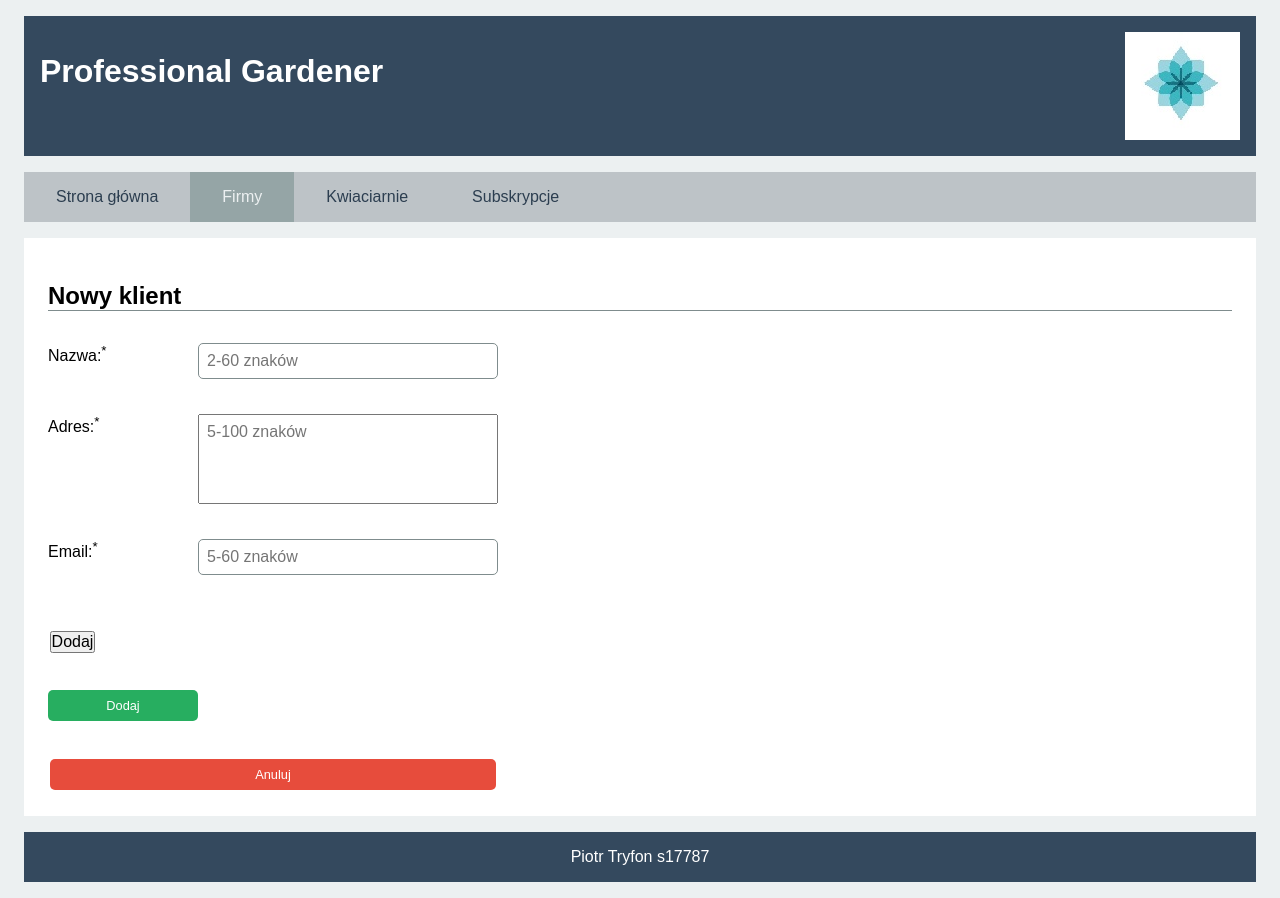
Repository: s17787/TIN
Page: tin_zaoczne_12_s17787_html-css/pages/client-form.html
These files come from the project's save history. The page is drawn as it stood at one moment and after the next save; the edit follows.
The browser window is 1280 px wide. The pictures show the whole page.

Above is the page before, as saved 2021-01-06 13:50:23.

### tin_zaoczne_12_s17787_html-css/pages/client-form.html
<!DOCTYPE html>
<html lang="pl-PL">
<head>
    <meta charset="UTF-8">
    <meta name="viewport" content="width=device-width, initial-scale=1.0">
    <title>Professional Gardener</title>
    <link rel="stylesheet" href="../css/style.css" type="text/css"/>
    <script type="application/javascript" src="../js/validationCommon.js"></script>
    <script type="application/javascript" src="../js/validationEmpForm.js"></script>
</head>
<body>
    <header>
        <h1>Professional Gardener</h1>
        <img src="../images/logo.jpg" alt="Professional Gardener">
    </header>
    <nav>
        <ul>
            <li><a href="../index.html" >Strona główna</a></li>
            <li><a href="client-list.html" class="active">Firmy</a></li>
            <li><a href="florist-list.html" >Kwiaciarnie</a></li>
            <li><a href="subscription-list.html" >Subskrypcje</a></li>
        </ul>
    </nav>
    <main>
        <h2>Nowy klient</h2>
        <form class="form" novalidate onsubmit="return validateForm()">
            <!--<div class="form-group">-->
                <label for="Name">Nazwa:<sup>*</sup></label>
                <input type="text" name="Name" id="Name" placeholder="2-60 znaków"/>
                <span id="errorName" class="errors-text"></span>
            <!--</div>-->
            <!--<div class="form-group">-->
                <label for="Adres">Adres:<sup>*</sup></label>
                <textarea type="text" name="Adres" id="Adres" rows="4" cols="10" style="resize: none;" placeholder="5-100 znaków"></textarea>
                <span id="errorAdres" class="errors-text"></span>
            <!--</div>-->
            <!--<div class="form-group">-->
                <label for="email">Email:<sup>*</sup></label>
                <input type="email" name="email" id="email" placeholder="5-60 znaków"/>
                <span id="errorEmail" class="errors-text"></span>
            <!--</div>-->
            <!--<div class="form-buttons">-->
                <p id="errorsSummary" class="errors-text"></p>
                <p><input type="submit" value="Dodaj" /></p>
                <p></p><a href="client-list.html" class="form-button-submit" >Dodaj</a></p>
                <p><a href="client-list.html" class="form-button-cancel" >Anuluj</a></p>
            <!--</div>  -->
        </form>
    </main>
    <footer>
        Piotr Tryfon s17787
    </footer>
</body>
</html>

### tin_zaoczne_12_s17787_html-css/css/style.css
html {
    background-color: #ecf0f1;
    font-family: sans-serif;
}

body {
    min-width: 360px;
  }

header,
main,
footer {
    background-color: white;
}

header,
main,
footer,
nav {
    margin: 1rem;
}

header,
footer {
    background-color: #34495e;
    color: white;
    padding: 1rem;
}

header {
    display: flex;
    justify-content: space-between;
}

nav {
    background-color: #bdc3c7;
}

nav ul {
    display: flex;
    padding: 0;
    list-style-type: none;
}

nav ul li a {
    display: inline-block;
    color: #2c3e50;
    padding: 1rem 2rem;
    text-decoration: none;
}

nav ul li a:hover {
    background-color: #d35400;
    color: #ecf0f1;
}

nav ul li a.active {
    background-color: #95a5a6;
    color: #ecf0f1;
}

main {
    padding: 1.5rem;
}

footer {
    text-align: center;
}

main h2 {
    border-bottom: 1px solid #7f8c8d;
    margin-bottom: 2rem;
}

.table-list {
    border-collapse: collapse;
    color:#2c3e50;
    width: 100%;
}

.table-list,
.table-list th,
.table-list td {
    border: 1px solid #bdc3c7;
}

.table-list th,
.table-list td {
    padding: 0.5rem;
}

.table-list th,
.table-list tbody tr:nth-child(even) {
    background-color: #ecf0f1;
}

.list-actions {
    margin: 0;
    text-align: center;
    list-style-type: none;
    padding: 0;
}

.list-actions li {
    display: inline-block;
    margin: 0.2em;
}

.list-actions-button-details,
.list-actions-button-edit,
.list-actions-button-delete {
    display: inline-block;
    width: 75px;
    padding: 0.25rem 0.5rem;
}

.list-actions-button-details,
.list-actions-button-edit,
.list-actions-button-delete,
.button-add,
.form-button-submit,
.form-button-cancel {
    border: none;
    border-radius: 5px;
    color: white;
    text-decoration: none;
    text-align: center;
    font-size: 0.8rem;
}

.list-actions-button-details,
.list-actions-button-edit {
    margin-right: 1rem;
}

.list-actions-button-details {
    background-color: #2980b9;
}
.list-actions-button-details:hover {
    background-color: #3498db;
}

.list-actions-button-edit {
    background-color: #f39c12;
}

.list-actions-button-edit:hover {
    background-color: #f1c40f;
}

.form-button-cancel,
.list-actions-button-delete {
    background-color: #c0392b;
}

.form-button-cancel,
.list-actions-button-delete:hover {
    background-color: #e74c3c;
}

.button-add,
.form-button-submit,
.form-button-cancel {
    padding: 0.5rem 1rem;
}

.button-add,
.form-button-submit {
    background-color: #27ae60;
}

.button-add:hover,
.form-button-submit:hover {
    background-color: #2ecc71;
}

button,
input,
select,
textarea {
    font-family: inherit;
    font-size: 100%;
    box-sizing: border-box;
    padding: 0; margin: 0;
}

textarea {
    overflow: auto;
}

.form {
    display: grid;
    grid-template-columns: 150px 300px;
    row-gap: 1rem;
}

.form select,
.form input[type="text"],
.form input[type="number"],
.form input[type="date"],
.form input[type="email"] {
    border: 1px solid #7f8c8d;
    color:#2c3e50;
    border-radius: 5px;
    padding: 0.5rem;
    width: 100%;
}

.form label {
    display: block;
    margin-bottom: 0.5em;
}

.form-group {
    margin-bottom: 1rem;
}

abbr[title='required'] {
    color: #c0392b;
}

.form p {
    grid-column-start: 1;
    grid-column-end: -1;
    margin: 0.1em;
}

.form textarea{
    padding: 0.5rem;
}

.form span {
    grid-column-start: -2;
    grid-column-end: -1;
    margin: 0.1em;
}

.form-button-submit,
.form-button-cancel {
    width: 100%;
}

.form-button-submit,
.form-button-cancel {
    box-sizing: border-box;
    display: block;
}

.form-button-submit {
    margin-bottom: 0.1rem;
}

@media all and (max-width:720px) {
    header {
        flex-direction: column;
    }

    header h1 {
        text-align: center;
    }

    header img {
        align-self: center;
    }
}

@media all and (max-width: 400px) {
    body,
    nav,
    nav ul,
    header,
    main,
    footer {
        margin: 0;
    }
}

@media all and (max-width:720px) {
    nav ul {
        flex-wrap: wrap;
    }

    nav ul li {
        flex-basis: 50%;
        text-align: center;
    }

    nav ul li a {
        display: block;
    }
}

@media all and (max-width: 400px) {
    nav ul li {
        flex-basis: 100%;
    }
}

@media all and (max-width: 720px) {
    .form {
        grid-template-columns: 1fr;
        row-gap:unset;
        margin-left: unset;
        row-gap: 0.3rem;
    }

    .form input[type="text"],
    .form input[type="number"],
    .form input[type="date"],
    .form select {
        margin-bottom: 1rem;
    }
}

### tin_zaoczne_12_s17787_html-css/js/validationCommon.js
function resetErrors(inputs, errorTexts, errorInfo) {
    for (let i = 0; i < inputs.length; i++) {
        inputs[i].classList.remove("error-input");
    }
    for (let i = 0; i < errorTexts.length; i++) {
        errorTexts[i].innerText = "";
    }
    errorInfo.innerText = "";
}

function checkRequired(value) {
    if (!value) {
        return false;
    }
    value = value.toString().trim();
    if (value === "") {
        return false;
    }
    return true;
}

function checkTextLengthRange(value, min, max) {
    if (!value) {
        return false;
    }
    value = value.toString().trim();
    const length = value.length;
    if (max && length > max) {
        return false;
    }
    if (min && length < min) {
        return false;
    }
    return true;
}

function checkEmail(value) {
    if (!value) {
        return false;
    }
    value = value.toString().trim();
    const re = /^(([^<>()\[\]\.,;:\s@\"]+(\.[^<>()\[\]\.,;:\s@\"]+)*)|(\".+\"))@(([^<>()[\]\.,;:\s@\"]+\.)+[^<>()[\]\.,;:\s@\"]{2,})$/i;
    return re.test(value);
}

function checkNumber(value) {
    if (!value) {
        return false;
    }
    if (isNaN(value)) {
        return false;
    }
    return true;
}

function checkNumberRange(value, min, max) {
    if (!value) {
        return false;
    }
    if (isNaN(value)) {
        return false;
    }
    value = parseFloat(value);
    if (value < min) {
        return false;
    }
    if (value > max) {
        return false;
    }
    return true;
}

function checkDate(value) {
    if (!value) {
        return false;
    }
    const pattern = /(\d{4})-(\d{2})-(\d{2})/;
    return pattern.test(value);
}

function checkDateIfAfter(value, compareTo) {
    if (!value) {
        return false;
    }
    if (!compareTo) {
        return false;
    }
    const pattern = /(\d{4})-(\d{2})-(\d{2})/;
    if (!pattern.test(value)) {
        return false;
    }
    if (!pattern.test(compareTo)) {
        return false;
    }
    const valueDate = new Date(value);
    const compareToDate = new Date(compareTo);
    if (valueDate.getTime() < compareToDate.getTime()) {
        return false;
    }
    return true;
}

### tin_zaoczne_12_s17787_html-css/js/validationEmpForm.js
function validateForm() {
    const nameInput = document.getElementById('Name');
    const adresInput = document.getElementById('Adres');
    const emailInput = document.getElementById('email');
    console.log('addend2:');
    const errorName = document.getElementById('errorName');
    const errorAdres = document.getElementById('errorAdres');
    const errorEmail = document.getElementById('errorEmail');
    const errorsSummary = document.getElementById('errorsSummary');

    let valid = true;

    resetErrors([nameInput, adresInput, emailInput], [errorName, errorAdres, errorEmail], errorsSummary);

    if (!checkRequired(nameInput.value)) {
        valid = false;
        nameInput.classList.add("error-input");
        errorName.innerText = "Pole jest wymagane";
    } else if (!checkTextLengthRange(nameInput.value, 2, 60)) {
        valid = false;
        nameInput.classList.add("error-input");
        errorName.innerText = "Pole powinno zawierać od 2 do 60 znaków";
    }

    if (!checkRequired(adresInput.value)) {
        valid = false;
        adresInput.classList.add("error-input");
        errorAdres.innerText = "Pole jest wymagane";
    } else if (!checkTextLengthRange(adresInput.value, 5, 100)) {
        valid = false;
        adresInput.classList.add("error-input");
        errorAdres.innerText = "Pole powinno zawierać od 5 do 100 znaków";
    }

    if (!checkRequired(emailInput.value)) {
        valid = false;
        emailInput.classList.add("error-input");
        errorEmail.innerText = "Pole jest wymagane";
    } else if (!checkTextLengthRange(emailInput.value, 5, 60)) {
        valid = false;
        emailInput.classList.add("error-input");
        errorEmail.innerText = "Pole powinno zawierać od 5 do 60 znaków";
    } else if (!checkEmail(emailInput.value)) {
        valid = false;
        emailInput.classList.add("error-input");
        errorEmail.innerText = "Pole powinno zawierać prawidłowy adres email";
    }

    function resetErrors(inputs, errorTexts, errorInfo) {
        for(let i=0; i<inputs.length; i++) {
            inputs[i].classList.remove("error_input");
        }
        for(let i=0; i<errorTexts.length; i++) {
            errorTexts[i].innerText = "";
        }
        errorInfo.innerText = "";
    }

    if (!valid) {
        errorsSummary.innerText = "Formularz zawiera błędy";
    }

    return valid;
}

After the next save:
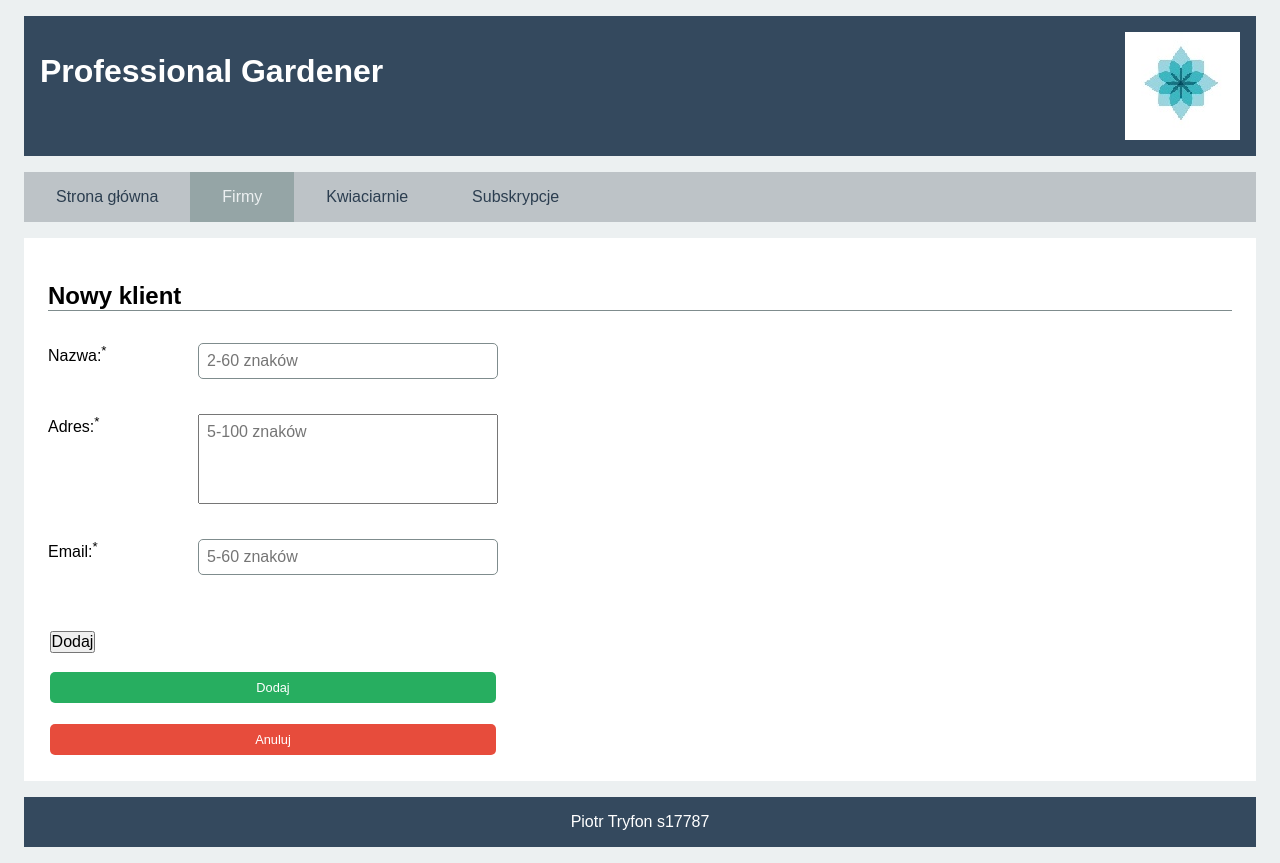
Saved 11 s later.
--- a/tin_zaoczne_12_s17787_html-css/pages/client-form.html
+++ b/tin_zaoczne_12_s17787_html-css/pages/client-form.html
@@ -42,7 +42,7 @@
             <!--<div class="form-buttons">-->
                 <p id="errorsSummary" class="errors-text"></p>
                 <p><input type="submit" value="Dodaj" /></p>
-                <p></p><a href="client-list.html" class="form-button-submit" >Dodaj</a></p>
+                <p><a href="client-list.html" class="form-button-submit" >Dodaj</a></p>
                 <p><a href="client-list.html" class="form-button-cancel" >Anuluj</a></p>
             <!--</div>  -->
         </form>
